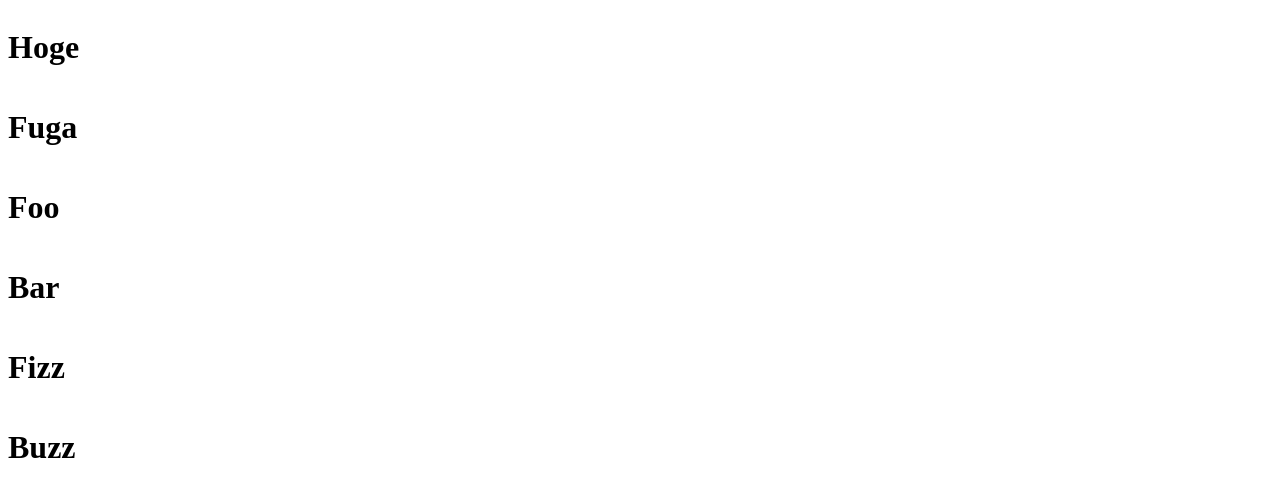
Repository: 777yuuki/samurai_HTML-CSS
Page: sample/sample.html
The author's editor kept a record of every edit. The page is drawn from the files as they stood at one moment, then again after the next edit.
The browser window is 1280 px wide. The pictures show the whole page.

Above is the page before.

After the next edit:
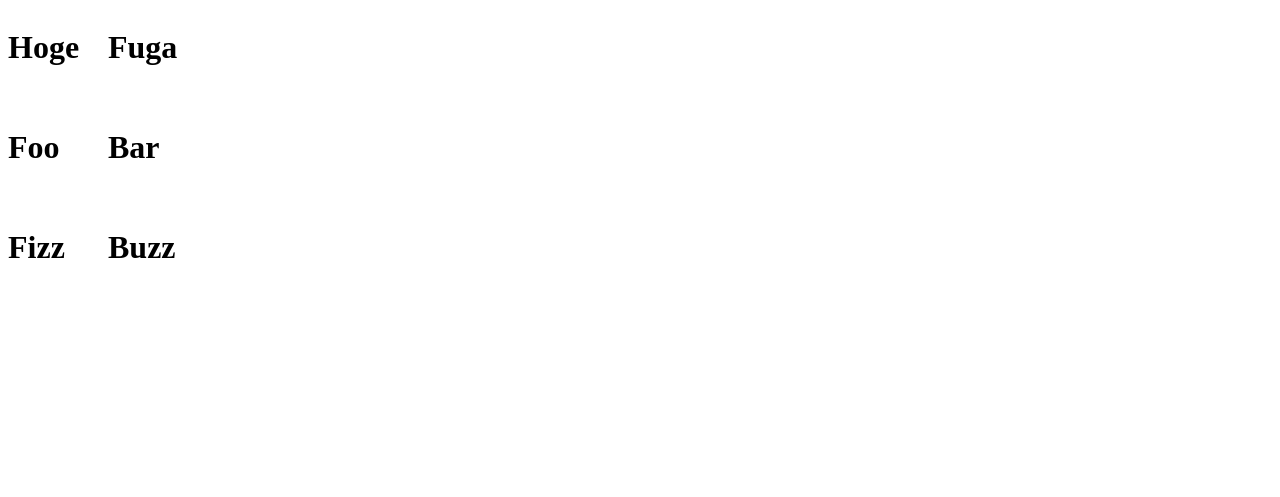
The edit:
--- a/sample/sample.html
+++ b/sample/sample.html
@@ -3,7 +3,8 @@
         <style>
           #grid{
               display: grid;
-              grod-template-columns: 100px 100px;
+              grid-template-columns: 100px 100px ;
+              grid-template-rows:100px 100px 100px;
           }
         </style>
     </head>
